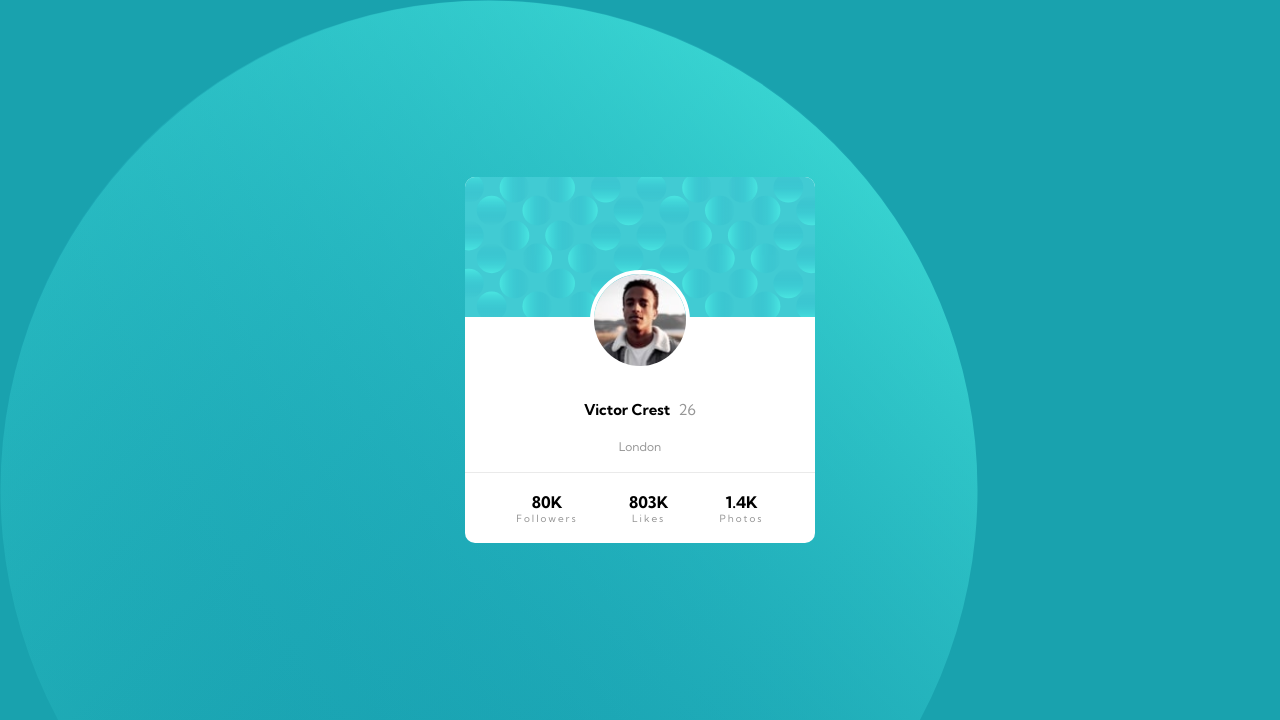
Repository: thaibaocoder1/profile-card-component-main
Page: index.html
An editor plug-in stored every save of this project. The page is shown before and after a run of saves, followed by the edit.
The browser window is 1280 px wide. The pictures show the whole page.

Above is the page before, as saved 2023-01-11 14:20:15.

After the next 2 saves:
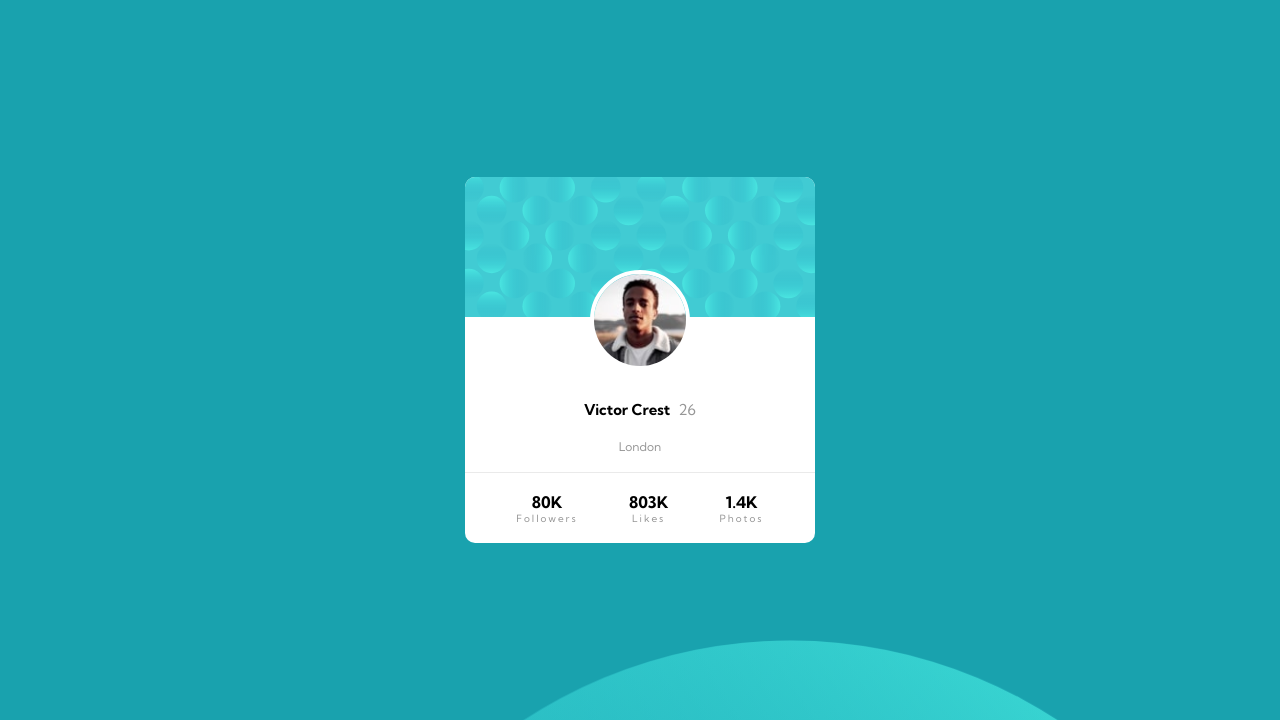
The 2 saves are shown as one change because they came seconds apart.
The last was saved 25 s later.
--- a/style.css
+++ b/style.css
@@ -21,6 +21,7 @@
     background-image: url("./images/bg-pattern-top.svg"),
     url("./images/bg-pattern-bottom.svg");
     background-repeat: no-repeat, no-repeat;
+    background-position: right 50vw ;
 }
 :root {
     --dark-cyan: hsl(185, 75%, 39%);

After the save that followed:
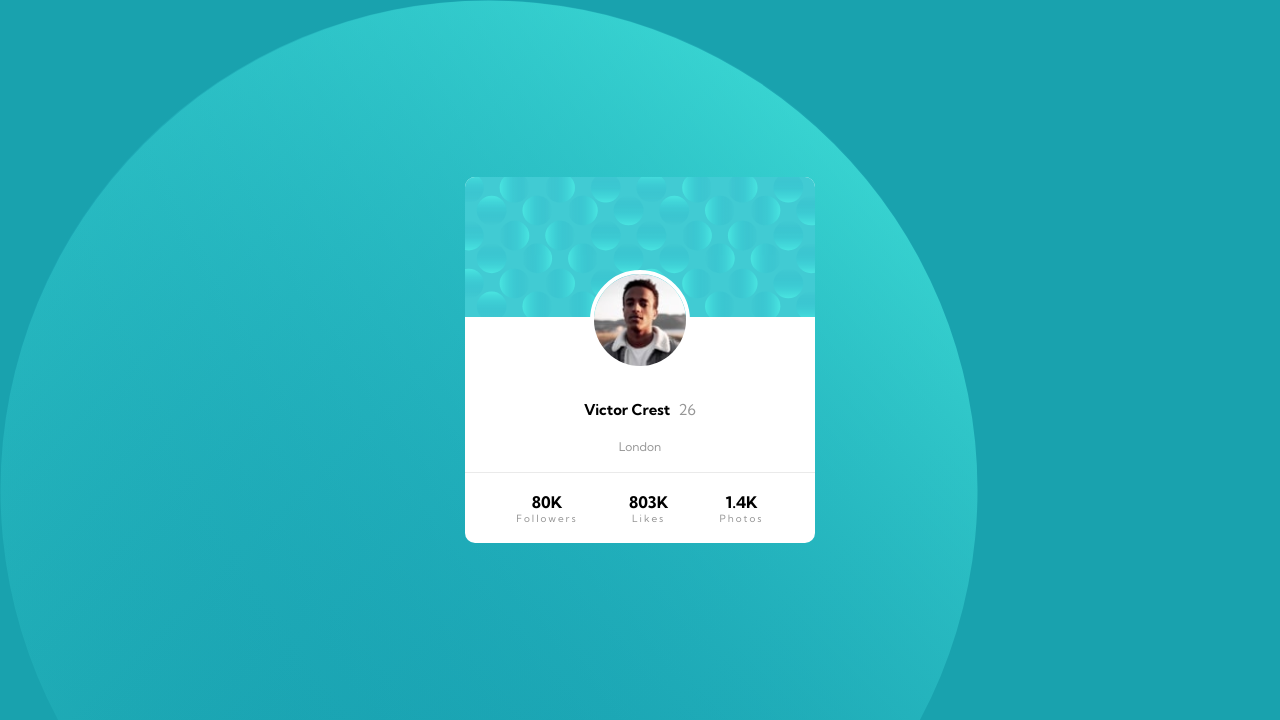
Saved 4 s later.
--- a/style.css
+++ b/style.css
@@ -21,7 +21,7 @@
     background-image: url("./images/bg-pattern-top.svg"),
     url("./images/bg-pattern-bottom.svg");
     background-repeat: no-repeat, no-repeat;
-    background-position: right 50vw ;
+    background-position: right 50vw bottom 50vh, ;
 }
 :root {
     --dark-cyan: hsl(185, 75%, 39%);
